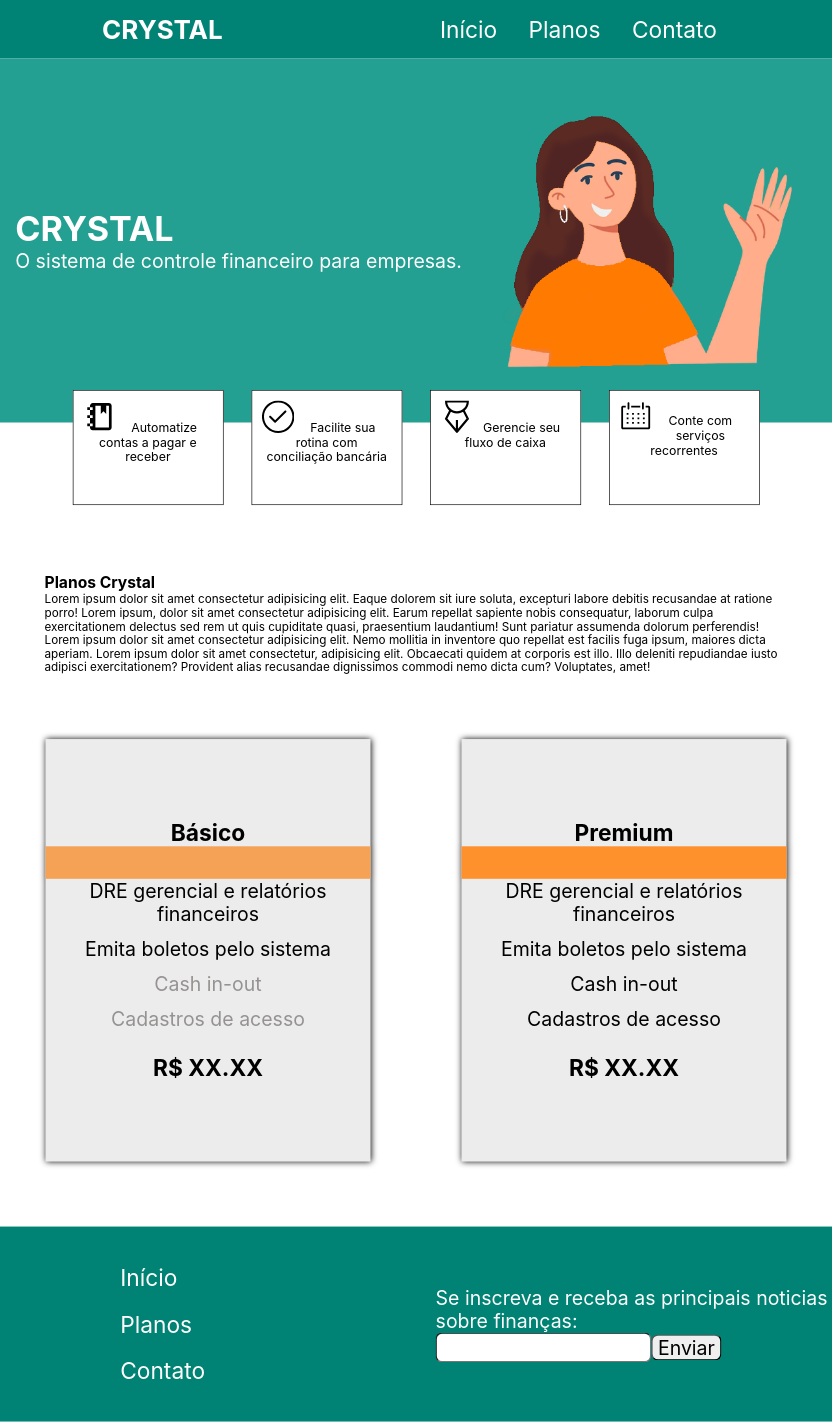
Repository: Matheus904-12/Crystallize
Page: index.html
An editor plug-in stored every save of this project. The page is shown before and after the next save, followed by the edit.
The browser window is 1280 px wide. The pictures show the whole page, at 65% of full size.
Some web fonts or font styles are not loaded; a fallback is used.

Above is the page before, as saved 2023-07-24 21:18:34.

### index.html
<!DOCTYPE html>
<html lang="pt-br">

<head>
    <meta charset="UTF-8">
    <meta name="viewport" content="width=device-width, initial-scale=1.0">

    <title>Crystal</title>

    <link rel="stylesheet" href="style.css">

</head>

<body>

    <header id="header">

        <h1 class="textoBranco logo">
            CRYSTAL
        </h1>

        <div class="textoBranco links">
            <a href="#header" class="paginas">Início</a>
            <a href="#planosOPC" class="paginas">Planos</a>
            <a href="contato.html" class="paginas">Contato</a>
        </div>

    </header>
    <section class="destaque">
        <div id="textLateral">
            <div class="textoBranco" id="titulo">
                <h1>CRYSTAL</h1>
            </div>
            <div class="textoBranco">
                <p>O sistema de controle financeiro para empresas.</p>
            </div>
        </div>
        <div class="textoBranco">
            <img src="mulher.png" alt="mulher acenando">
        </div>
    </section>
    <div class="boxes">
        <div class="box">
            <img src="planner.svg" alt="Logotipo">
            <h1></h1>
            <p>Automatize contas a pagar e receber</p>
        </div>
        <div class="box">
            <img src="check.svg" alt="Logotipo">
            <h1></h1>
            <p>Facilite sua rotina com conciliação bancária</p>
        </div>
        <div class="box">
            <img src="caneta.svg" alt="Logotipo">
            <h1></h1>
            <p>Gerencie seu fluxo de caixa</p>
        </div>
        <div class="box">
            <img src="calendario.svg" alt="Logotipo">
            <h1></h1>
            <p style="margin-top: 20px;">Conte com serviços recorrentes</p>
        </div>
    </div>

    <section id="planosOpc">
        <h1 class="textoPadrao planoTitulo">
            Planos Crystal
        </h1>
        <div class="textoPadrao planoTexto">
            <p>Lorem ipsum dolor sit amet consectetur adipisicing elit. Eaque dolorem sit iure soluta, excepturi labore debitis recusandae at ratione porro! Lorem ipsum, dolor sit amet consectetur adipisicing elit. Earum repellat sapiente nobis consequatur, laborum culpa exercitationem delectus sed rem ut quis cupiditate quasi, praesentium laudantium! Sunt pariatur assumenda dolorum perferendis!</p>
            <p>Lorem ipsum dolor sit amet consectetur adipisicing elit. Nemo mollitia in inventore quo repellat est facilis fuga ipsum, maiores dicta aperiam. Lorem ipsum dolor sit amet consectetur, adipisicing elit. Obcaecati quidem at corporis est illo. Illo deleniti repudiandae iusto adipisci exercitationem? Provident alias recusandae dignissimos commodi nemo dicta cum? Voluptates, amet!</p>

        </div>
    </section>

    <nav class="opcoes">
        <div class="basic">
            <h2>Básico</h2>
            <div class="faixaBasic"></div>
            <p class="textoPadrao">DRE gerencial e relatórios financeiros</p>
            <br>
            <p class="textoPadrao">Emita boletos pelo sistema</p>
            <br>
            <p class="textoPadrao desativado">Cash in-out</p>
            <br>
            <p class="textoPadrao desativado">Cadastros de acesso</p>
            <br>
            <br>
            <h2>R$ XX.XX</h2>
        </div>

        <div class="premium">
            <h2>Premium</h2>
            <div class="faixa"></div>
            <p class="textoPadrao">DRE gerencial e relatórios financeiros</p>
            <br>
            <p class="textoPadrao">Emita boletos pelo sistema</p>
            <br>
            <p class="textoPadrao">Cash in-out</p>
            <br>
            <p class="textoPadrao">Cadastros de acesso</p>
            <br>
            <br>
            <h2>R$ XX.XX</h2>

        </div>
    </nav>

    <footer>
        <div class="textoBranco coluna">
            <a href="#header" class="paginasVertical">Início</a>
            <a href="#planosOPC" class="paginasVertical">Planos</a>
            <a href="contato.html" class="paginasVertical">Contato</a>
        </div>

        <div id="inscrever">
            <div class="coluna">
                <p class="textoBranco" id="inscricao">Se inscreva e receba as principais noticias sobre finanças:</p>
                <br>
                <br>
                <br>
                <br>
                <div class="inscreverse">
                    <input id="email" type="email">

                    <button id="enviar">Enviar</button>
                </div>
            </div>
        </div>
    </footer>
</body>

</html>

### style.css
/* RESET */

* {
    margin: 0;
}

/* FIM RESET */

/* PADRAO */

@font-face {
    font-family: "inter";
    src: url(atributos/fontInter/Inter-VariableFont_slnt\,wght.ttf);
}

h2 {
    font-size: 35px;
    font-family: "inter";
}

.textoBranco {
    font-family: "inter";
    color: #fff;
    font-size: 30px;
}

.textoPadrao {
    font-family: "inter";
    font-size: 30px;
}

html {
    scroll-behavior: smooth;
}

/* FIM PADRAO */


/* HEADER */

#header {
    background-color: #008374;
    width: 100vw;
    height: 90px;

    display: flex;
    justify-content: space-around;
    align-items: center;

}

.logo {
    font-size: 40px;
    color: #fff;
  }



.paginas {
    font-size: 35px;
    color: #fff;
    text-decoration: none;
    padding: 0px 20px;
}

/* FIM HEADER */

/* DESTAQUE */

.destaque {
    display: flex;
    align-items: center;
    justify-content: space-around;
    width: 100vw;
    height: 560px;

    background-color: #23A092;
}

#titulo {
    font-family: "inter";
    font-size: 35px;

}

/* FIM DESTAQUE*/










/* PLANOS */

.planosOpc {
    position: absolute;
    display: flex;
    width: 100px;
    height: 200px;
    font-size: 18px;
    flex-wrap: wrap;
  }

  .planoTitulo {
    font-size: 24px;
    margin-top: 5px;
    padding: 0px 50px 0px 68.5px;
  }

  .planoTexto {
    padding: 0px 68.5px 0px 68.5px;
    font-size: 18px;
  }
/* FIM PLANOS */

/* OPCOES */

.opcoes {
    padding: 100px 0px;
    width: 100vw;
    display: flex;
    justify-content: space-around;
    text-align: center;
}

.faixa {
    width: 500px;
    height: 50px;

    background-color: #FF912D;
}

.faixaBasic {
    width: 500px;
    height: 50px;

    background-color: #F6A256;
}



.basic {
            background-color: #EDECEC;

            width: 500px;
            height: 650px;

            display: flex;
            justify-content: center;
            flex-direction: column;

            filter: drop-shadow(1px 0px 5px #000000);

        }

.desativado {
    color: #959292;
}

.premium {
            background-color: #EDECEC;

            width: 500px;
            height: 650px;

            display: flex;
            justify-content: center;
            flex-direction: column;

            filter: drop-shadow(1px 0px 5px #000000);
        }
/* FIM OPCOES */
/* RODAPE */

footer {
    width: 100vw;
    height: 300px;

    display: flex;
    align-items: center;
    justify-content: space-around;

    background-color: #008374;
}

 .coluna {
    display: flex;
    flex-direction: column;}


.paginasVertical {
    padding: 15px;
    font-size: 35px;
    color: #fff;
    text-decoration: none;
}

#inscrever {
    width: 440px;
    height: 300px;

    flex-direction: column;
    display: flex;
    align-content: center;
    justify-content: space-around;

}

#inscricao {
    position: absolute;
}

#email {
    width: 400px;
    height: 40px;
    border-radius: 10px;
}

#enviar {
    width: 130px;
    height: 40px;
    border-radius: 10px;
    font-size: 30px;
    font-family: "inter";
}

.inscreverse {
    display: flex;
    align-items: center;
}
/*Caxinhas*/
.box {
    width: 200px;
    height: 145px;
    border: 1px solid black;
    padding: 15px;
    margin: 10px;
    margin-top: -50px;
    background-color: #FFF;
  }

  .box h1 {
    font-size: 20px;
    font-weight: bold;
  }

  .box p {
    color: #000;
    font-family: Inter;
    font-size: 19px;
    font-style: normal;
    font-weight: 400;
    line-height: normal;
    margin-top: 30px;
    text-align: center;
  }

  .box img {
    width: 50px;
    height: 50px;
    float:inline-start;
    margin-right: 10px;
    margin-top: 80px;
  }

  .boxes {
    display: flex;
    justify-content: space-around;
    align-items: center;
    padding: 90px;
    margin-top: -90px;
  }

  .box img {
    display: block;
    margin: 0 auto;
  }

  .box {
    display: inline-block;
  }

  /* INFORMACOES */

.info {
    display: flex;
    flex-direction: column;

    margin: 100px 500px

}

.comoContatar {
    margin: 100px 100px
}
/* FIM INFORMACOES */

After the next save:
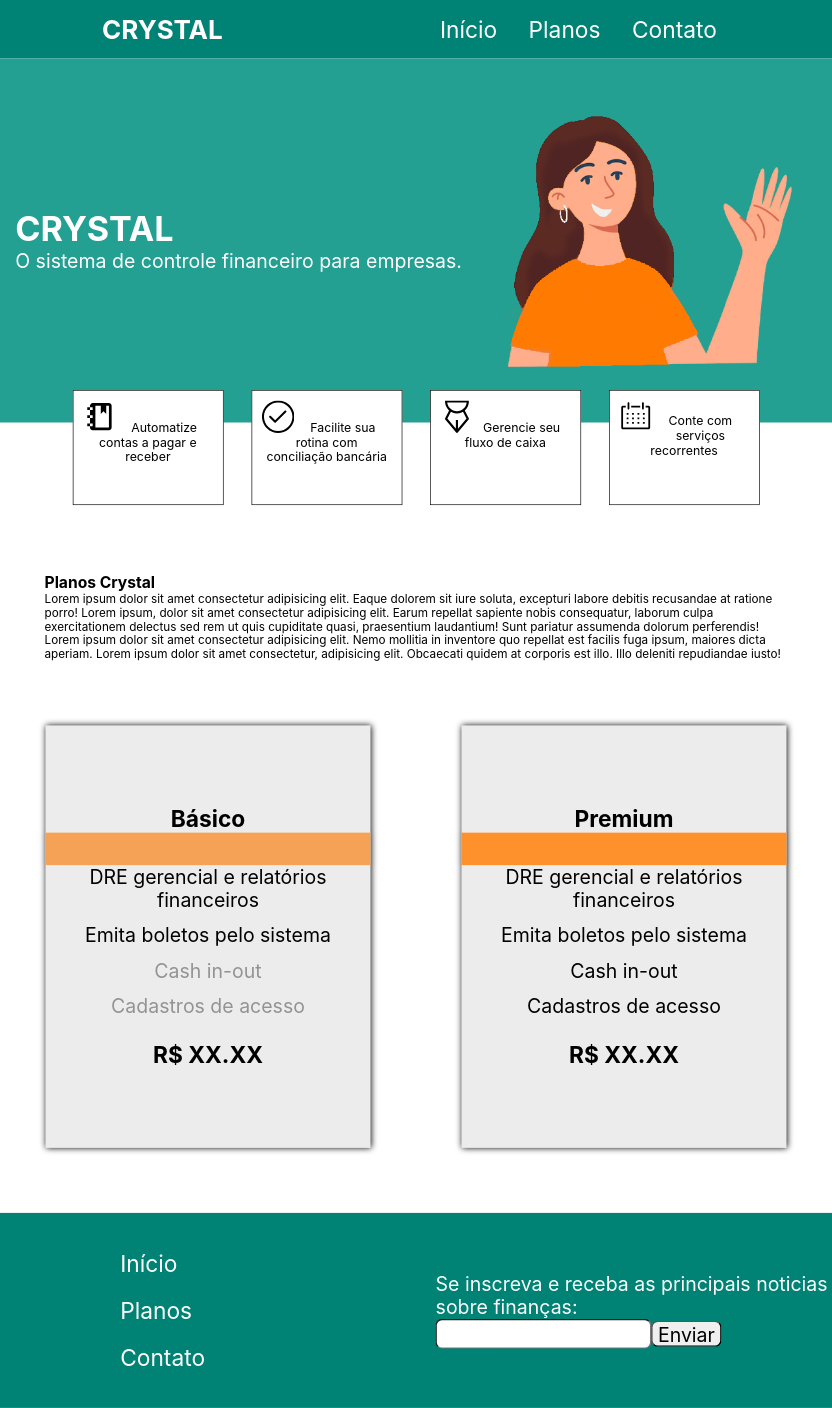
Saved 27 s later.
--- a/index.html
+++ b/index.html
@@ -68,7 +68,7 @@
         </h1>
         <div class="textoPadrao planoTexto">
             <p>Lorem ipsum dolor sit amet consectetur adipisicing elit. Eaque dolorem sit iure soluta, excepturi labore debitis recusandae at ratione porro! Lorem ipsum, dolor sit amet consectetur adipisicing elit. Earum repellat sapiente nobis consequatur, laborum culpa exercitationem delectus sed rem ut quis cupiditate quasi, praesentium laudantium! Sunt pariatur assumenda dolorum perferendis!</p>
-            <p>Lorem ipsum dolor sit amet consectetur adipisicing elit. Nemo mollitia in inventore quo repellat est facilis fuga ipsum, maiores dicta aperiam. Lorem ipsum dolor sit amet consectetur, adipisicing elit. Obcaecati quidem at corporis est illo. Illo deleniti repudiandae iusto adipisci exercitationem? Provident alias recusandae dignissimos commodi nemo dicta cum? Voluptates, amet!</p>
+            <p>Lorem ipsum dolor sit amet consectetur adipisicing elit. Nemo mollitia in inventore quo repellat est facilis fuga ipsum, maiores dicta aperiam. Lorem ipsum dolor sit amet consectetur, adipisicing elit. Obcaecati quidem at corporis est illo. Illo deleniti repudiandae iusto!</p>
 
         </div>
     </section>
